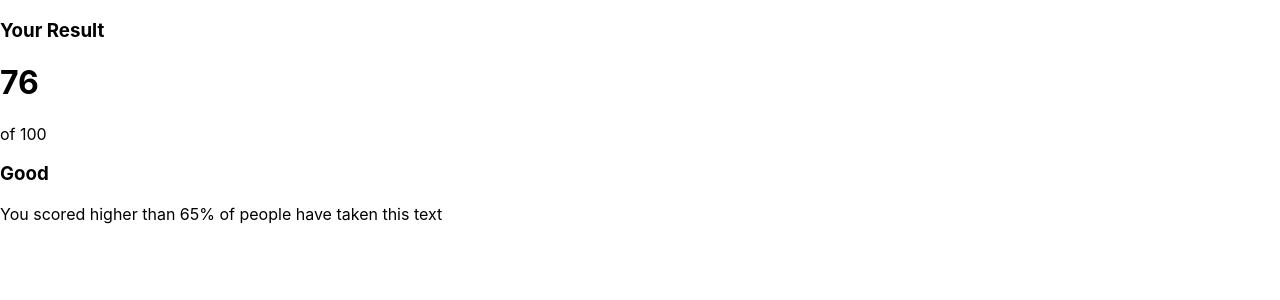
Repository: JeanPaulBassil/Result-Summary-Design
Page: /
These files come from the project's save history. The page is drawn as it stood at one moment and after the next save; the edit follows.
The browser window is 1280 px wide. The pictures show the whole page.
The project was rebuilt for these pictures with package versions that can differ from the ones it lists, and the page was loaded fresh each time.

Above is the page before, as saved 2023-02-24 15:12:16.

After the next save:
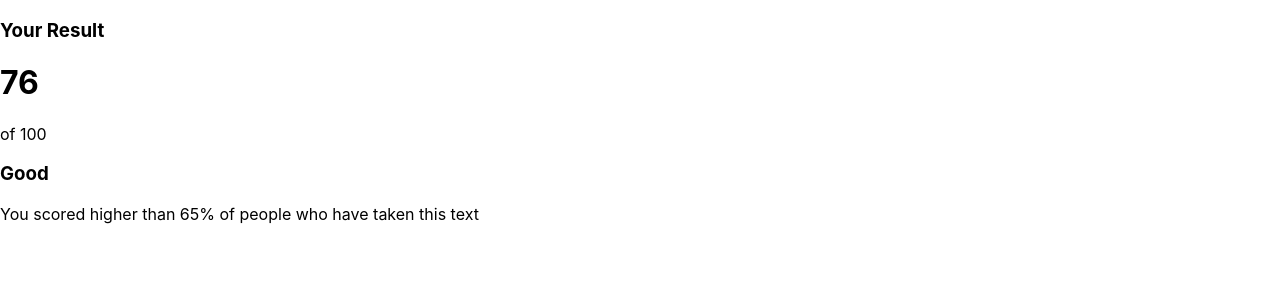
Saved 25 s later.
--- a/src/Components/Description/Description.js
+++ b/src/Components/Description/Description.js
@@ -1,10 +1,10 @@
 export default function Description({score}) {
     const performance = _ => {
         if (score >= 90) return ['Excellent', 'You scored higher than 85% of people who have taken this text']
-        else if (score >= 80) return ['Great', 'You scored higher than 75% of people have taken this text']
-        else if (score >= 70) return ['Good', "You scored higher than 65% of people have taken this text"]
-        else if (score >= 60) return ['Not enough', "You're above nearly half the people have taken this text"]
-        else return ['Fail', 'Most people passed over you have taken this text']
+        else if (score >= 80) return ['Great', 'You scored higher than 75% of people who have taken this text']
+        else if (score >= 70) return ['Good', "You scored higher than 65% of people who have taken this text"]
+        else if (score >= 60) return ['Not enough', "You're above nearly half the who people have taken this text"]
+        else return ['Fail', 'Most people who have taken this text passed over you']
     }
 
     return (
